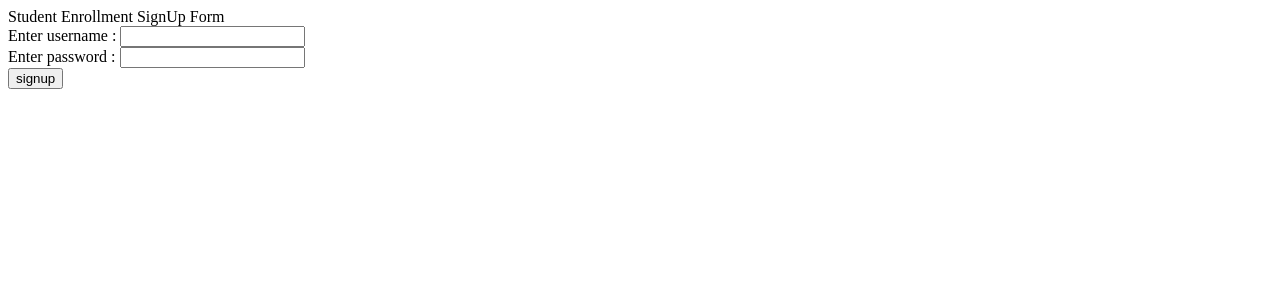
Repository: adarshsingh011/demoapp
Page: http://localhost/demoapp/signup.jsp
An editor plug-in stored every save of this project. The page is shown before and after the next save, followed by the edit.
The browser window is 1280 px wide. The pictures show the whole page.
The page is served by Tomcat 10. Other server files are loaded and not shown.

Above is the page before, as saved 2022-03-17 07:53:43.

### demoapp/src/main/webapp/signup.jsp
<%@ page language="java" contentType="text/html; charset=ISO-8859-1"
    pageEncoding="ISO-8859-1"%>
<!DOCTYPE html>
<html>
<head>
<meta charset="ISO-8859-1">
<title>Insert title here</title>
</head>
<body>
	Student Enrollment SignUp Form
	<form action="Signup" method= "post">
			Enter username : <input type="text" name="uname"><br>
			Enter password : <input type="password" name="pass"><br>
			<input type="submit" value="signup">
	</form>
</body>
</html>

After the next save:
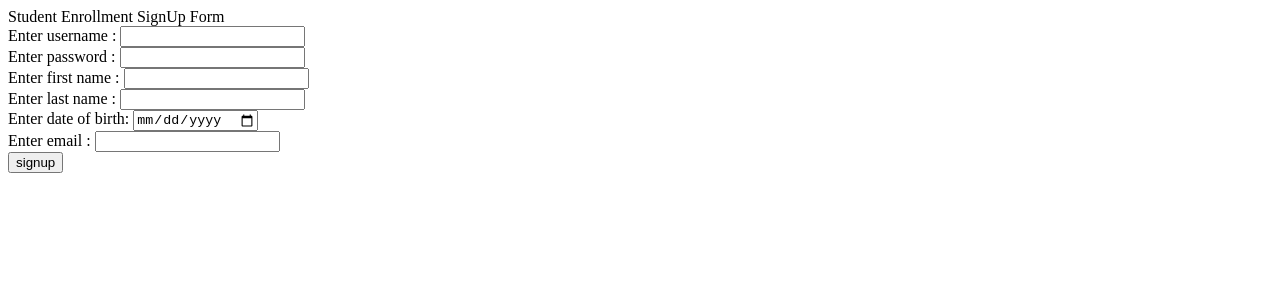
Saved 2 min 54 s later.
--- a/demoapp/src/main/webapp/signup.jsp
+++ b/demoapp/src/main/webapp/signup.jsp
@@ -11,6 +11,10 @@
 	<form action="Signup" method= "post">
 			Enter username : <input type="text" name="uname"><br>
 			Enter password : <input type="password" name="pass"><br>
+			Enter first name : <input type="text" name="fname"><br>
+			Enter last name : <input type="text" name="lname"><br>
+			Enter date of birth: <input type="date" name="dob"><br>
+			Enter email : <input type="email" name="email"><br>
 			<input type="submit" value="signup">
 	</form>
 </body>
